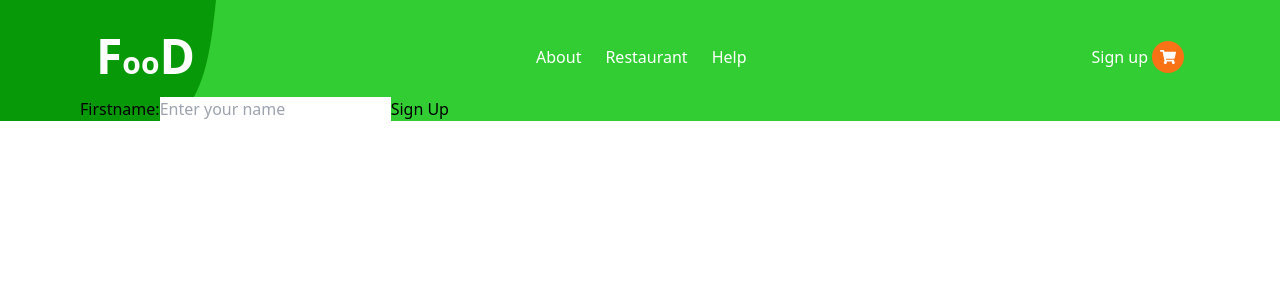
Repository: KhushiCode14/FoodWeb
Page: /signUp (app in frontend/)
These files come from the project's save history. The page is drawn as it stood at one moment and after the next save; the edit follows.
The browser window is 1280 px wide. The pictures show the whole page.
The project was rebuilt for these pictures with package versions that can differ from the ones it lists, and the page was loaded fresh each time. Also part of the build but not shown: frontend/src/Pages/Home.tsx, frontend/src/components/Home/SignIn.tsx, frontend/src/components/Home/Cart.tsx.

Above is the page before, as saved 2024-09-20 19:16:31.

### frontend/src/index.css
@tailwind base;
@tailwind components;
@tailwind utilities;

.bgBack{
  background-image: url(../src/components/images/background.svg);
}

### frontend/src/App.tsx
import { Route, BrowserRouter as Router, Routes, } from 'react-router-dom';
import './App.css';
import Navbar from './Pages/Navbar';
import Home from './Pages/Home';
import SignUp from './components/Home/SignUp';
import SignIn from './components/Home/SignIn';
import Cart from './components/Home/Cart';

function App() {
  return (
    <div className="App bgBack m-0 px-20 pt-2 max-sm:px-3 max-sm:pt-1">
      <Router>
        <Navbar />
        <Routes>
          <Route path="/" element={<Home />} />
          <Route path="/signUp" element={<SignUp />} />
          {/* Sign Up: This action is for new users who want to create an account. */}
          <Route path="/signIn" element={<SignIn />} />
          {/* Sign In: This action is for users who already have an account */}
          <Route path="/cart" element={<Cart />} />
          {/* <Route  path="/about" element={About} />
        <Route  path="/contact" element={Contact} /> */}
        </Routes>
      </Router>

    </div>
  );
}

export default App;

### frontend/src/Pages/Navbar.tsx
import { NavLink, Link } from "react-router-dom";
import { FaShoppingCart, FaCartPlus } from "react-icons/fa";
import { useState } from "react";
import { IoReorderThreeOutline } from "react-icons/io5";

interface Nav {
  to: string;
  linkName: string;
}

const Navbar: React.FC = () => {
  const [sign, setSign] = useState<string>('Sign up');
  const [menu, setMenu] = useState<boolean>(false);
  const [cart, setCart] = useState<JSX.Element>(<FaShoppingCart />);

  const navLinks: Nav[] = [
    { to: "/about", linkName: "About" },
    { to: "/", linkName: "Restaurant" },
    { to: "/help", linkName: "Help" },
  ];

  const handleSignToggle = () => {
    setSign((prev) => (prev === 'Sign up' ? 'Sign in' : 'Sign up'));
  };

  const handleCartToggle = () => {
    setCart((prevCart) =>
      prevCart.type === FaShoppingCart ? <FaCartPlus /> : <FaShoppingCart />
    );
  };

  return (
    <div className="mt-2 flex justify-between items-center text-white  p-4">
      <div className="font-bold text-3xl">
        <Link to="/">
          <span className="text-5xl">F</span>oo<span className="text-5xl">D</span>
        </Link>
      </div>

      {/* Desktop Menu */}
      <div className="hidden md:flex">
        {navLinks.map((link, index) => (
          <Link key={index} to={link.to} className="mx-3 hover:text-gray-400">
            {link.linkName}
          </Link>
        ))}
      </div>

      {/* Mobile Menu Button */}
      <div className="flex items-center relative">
        <button className="hidden md:block">
          <NavLink to="/signUp" onClick={handleSignToggle} className="m-1">
            {sign}
          </NavLink>
        </button>

        <div onClick={handleCartToggle} className="bg-orange-500 p-2 rounded-full cursor-pointer">
         <Link to="/cart"> {cart}</Link>
        </div>

        <div className="md:hidden flex items-center ml-3">
          <IoReorderThreeOutline onClick={() => setMenu(!menu)} className="text-2xl cursor-pointer" />
        </div>
      </div>

      {/* Mobile Dropdown Menu */}
      {menu && (
        <div className="md:hidden mt-2 absolute right-0 w-40 bg-orange-500  p-2 rounded-lg z-10 top-20">
          <ul className="flex flex-col">
            {navLinks.map((link, index) => (
              <li key={index} className="my-1">
                <Link to={link.to} className="block px-4 py-2 text-white text-1xl  hover:bg-orange-800 rounded">
                  {link.linkName}
                </Link>
              </li>
            ))}
          </ul>
        </div>
      )}
    </div>
  );
};

export default Navbar;

### frontend/src/components/Home/SignUp.tsx


const SignUp = () => {
  return (
    <div className="bg-inherit">
 <form>
 <label htmlFor="username">Firstname:</label>
 <input type="text" id="firstname" placeholder="Enter your name" />

  <button type="submit">Sign Up</button>
 </form>
    </div>
  )
}

export default SignUp

### frontend/tailwind.config.js
/** @type {import('tailwindcss').Config} */
module.exports = {
  content: [
    "./src/**/*.{js,jsx,ts,tsx}",
  ],
  theme: {
    extend: {
      fontFamily: {
        'cursive': ['Pacifico', 'cursive']
      }
    },
  },
  plugins: [],
}

Loaded but not shown: frontend/public/index.html (common file); frontend/src/index.tsx (common file); frontend/src/reportWebVitals.ts (common file); frontend/src/App.css (no stored copy; drawn as an empty file)

After the next save:
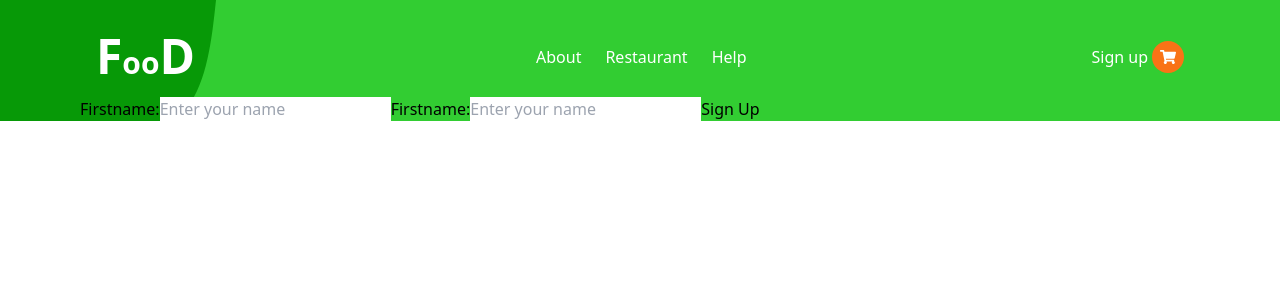
Saved 12 s later.
--- a/frontend/src/components/Home/SignUp.tsx
+++ b/frontend/src/components/Home/SignUp.tsx
@@ -3,8 +3,10 @@
 const SignUp = () => {
   return (
     <div className="bg-inherit">
- <form>
- <label htmlFor="username">Firstname:</label>
+ <form className="flex">
+ <label htmlFor="firstname">Firstname:</label>
+ <input type="text" id="firstname" placeholder="Enter your name" />
+ <label htmlFor="firstname">Firstname:</label>
  <input type="text" id="firstname" placeholder="Enter your name" />
 
   <button type="submit">Sign Up</button>
